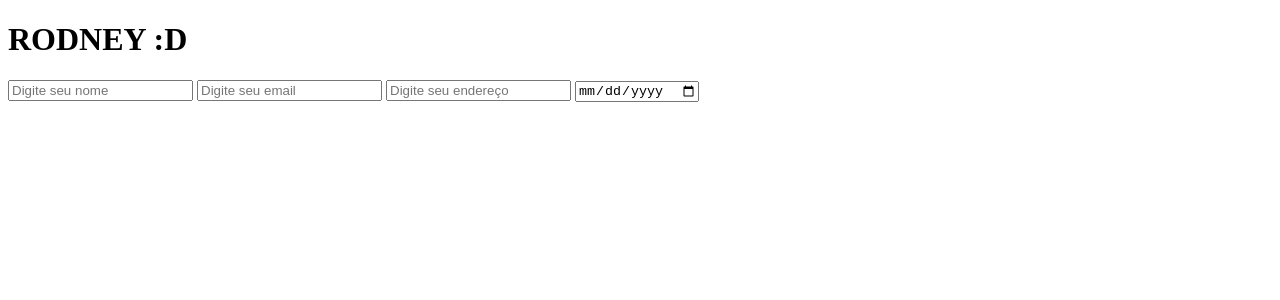
Repository: rodneyems/java-web-fj21
Page: fj21-agenda/WebContent/index.html
These files come from the project's save history. The page is drawn as it stood at one moment and after the next save; the edit follows.
The browser window is 1280 px wide. The pictures show the whole page.

Above is the page before, as saved 2021-06-30 23:29:38.

### fj21-agenda/WebContent/index.html
<!DOCTYPE html>
<html>
<head>
<meta charset="UTF-8">
<title>Rodney</title>
</head>
<body>
	<h1>RODNEY :D</h1>
	<form action="POST">
		<input type="text" name="nome" placeholder="Digite seu nome"></input>
		<input type="text" name="email" placeholder="Digite seu email"></input>
		<input type="text" name="endereco" placeholder="Digite seu endereço"></input>
		<input type="date" name="data" placeholder="Digite seu Data de nascimento"></input>
	</form>
</body>
</html>

After the next save:
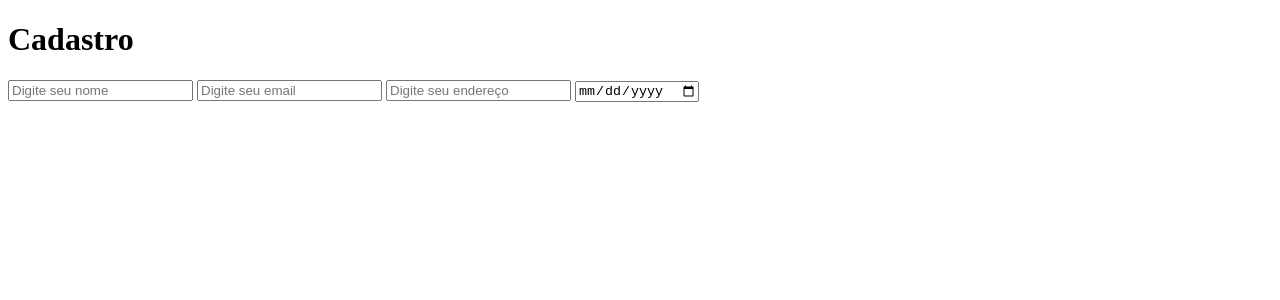
Saved 62 s later.
--- a/fj21-agenda/WebContent/index.html
+++ b/fj21-agenda/WebContent/index.html
@@ -5,7 +5,7 @@
 <title>Rodney</title>
 </head>
 <body>
-	<h1>RODNEY :D</h1>
+	<h1>Cadastro</h1>
 	<form action="POST">
 		<input type="text" name="nome" placeholder="Digite seu nome"></input>
 		<input type="text" name="email" placeholder="Digite seu email"></input>
